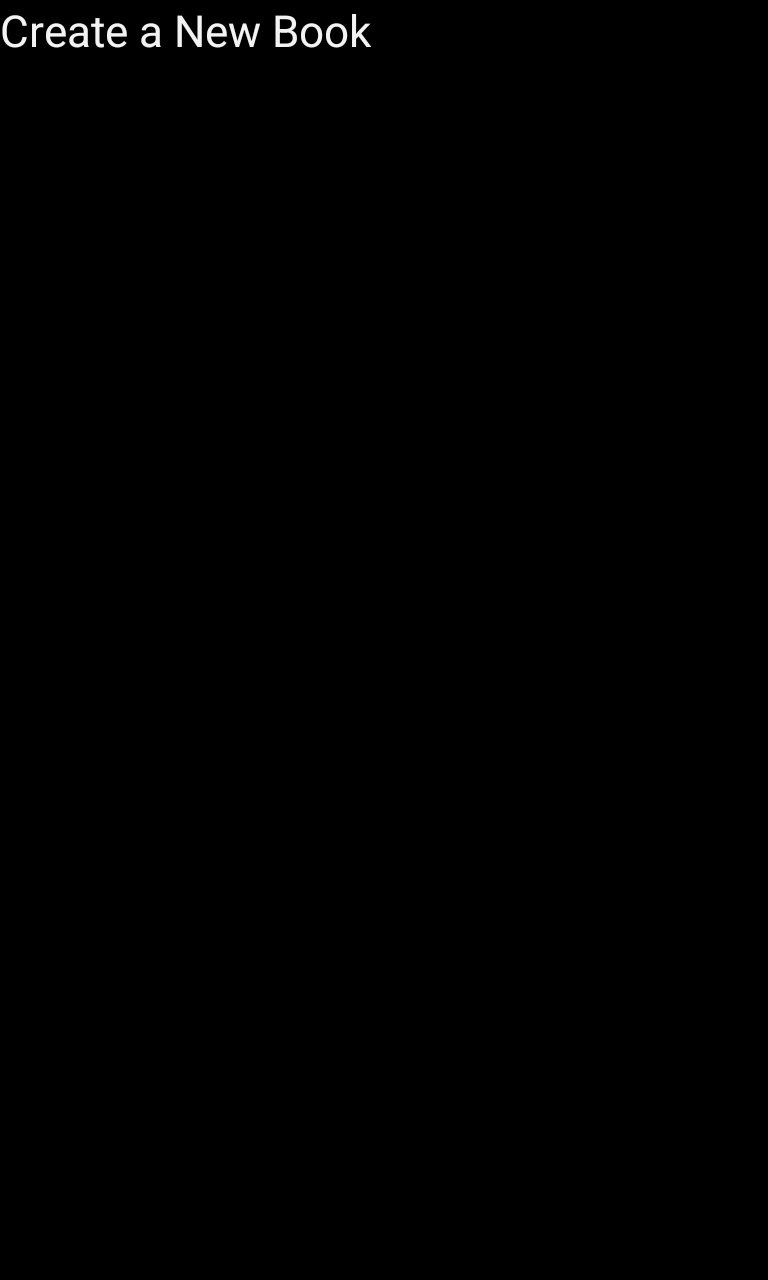
Repository: ringe/andra
Layout: Bookie/res/layout/newbook.xml
An editor plug-in stored every save of this project. The layout is shown before and after the next save, followed by the edit.
It is drawn on a 768 x 1280 px phone screen (xhdpi) without system bars, with theme android:Theme.Holo; the app's code is not run.

Above is the layout before, as saved 2012-02-28 11:57:17.

After the next save:
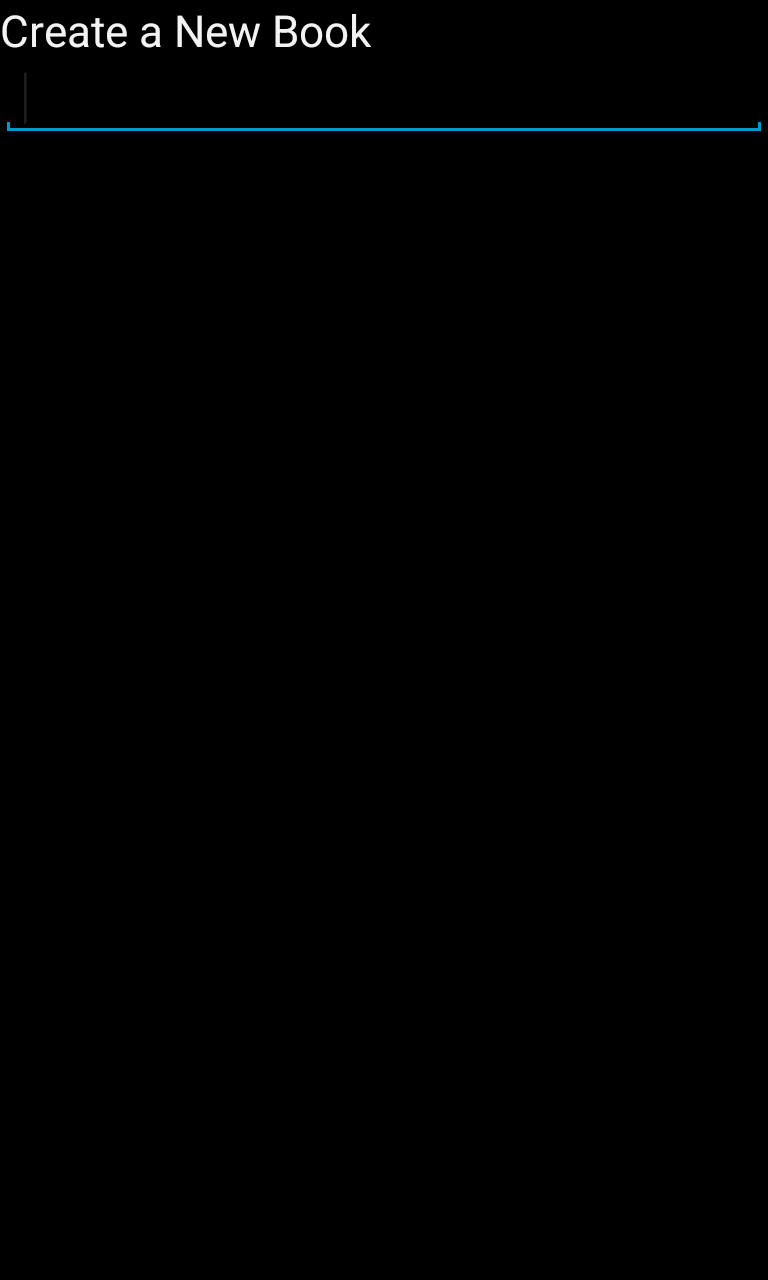
Saved 40 s later.
--- a/Bookie/res/layout/newbook.xml
+++ b/Bookie/res/layout/newbook.xml
@@ -11,4 +11,13 @@
         android:text="Create a New Book"
         android:textAppearance="?android:attr/textAppearanceLarge" />
 
+    <EditText
+        android:id="@+id/editText1"
+        android:layout_width="match_parent"
+        android:layout_height="wrap_content"
+        android:value="title" >
+
+        <requestFocus />
+    </EditText>
+
 </LinearLayout>
